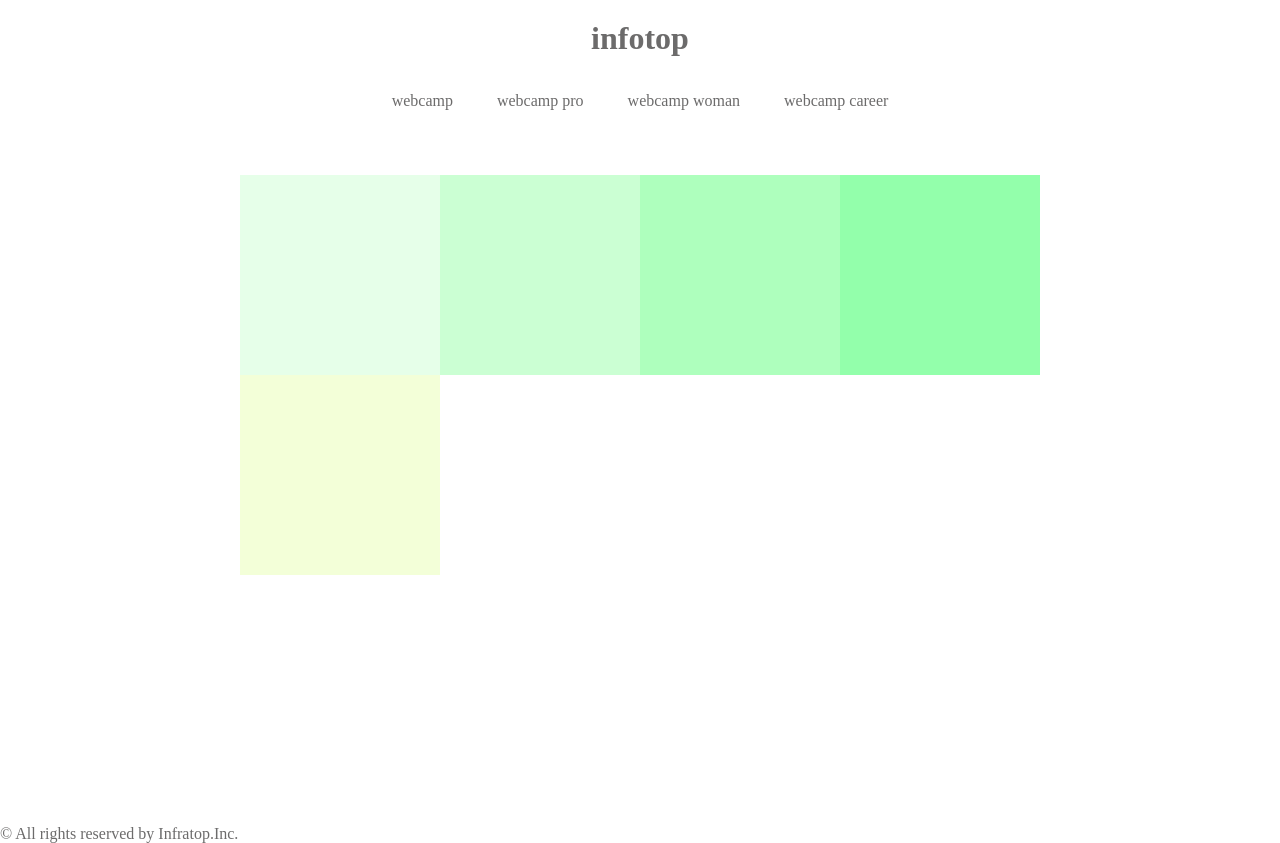
Repository: decknoboh/exercise1-8
Page: exercise1-5/index.html
The author's editor kept a record of every edit. The page is drawn from the files as they stood at one moment, then again after the next edit.
The browser window is 1280 px wide. The pictures show the whole page.

Above is the page before.

After the next edit:
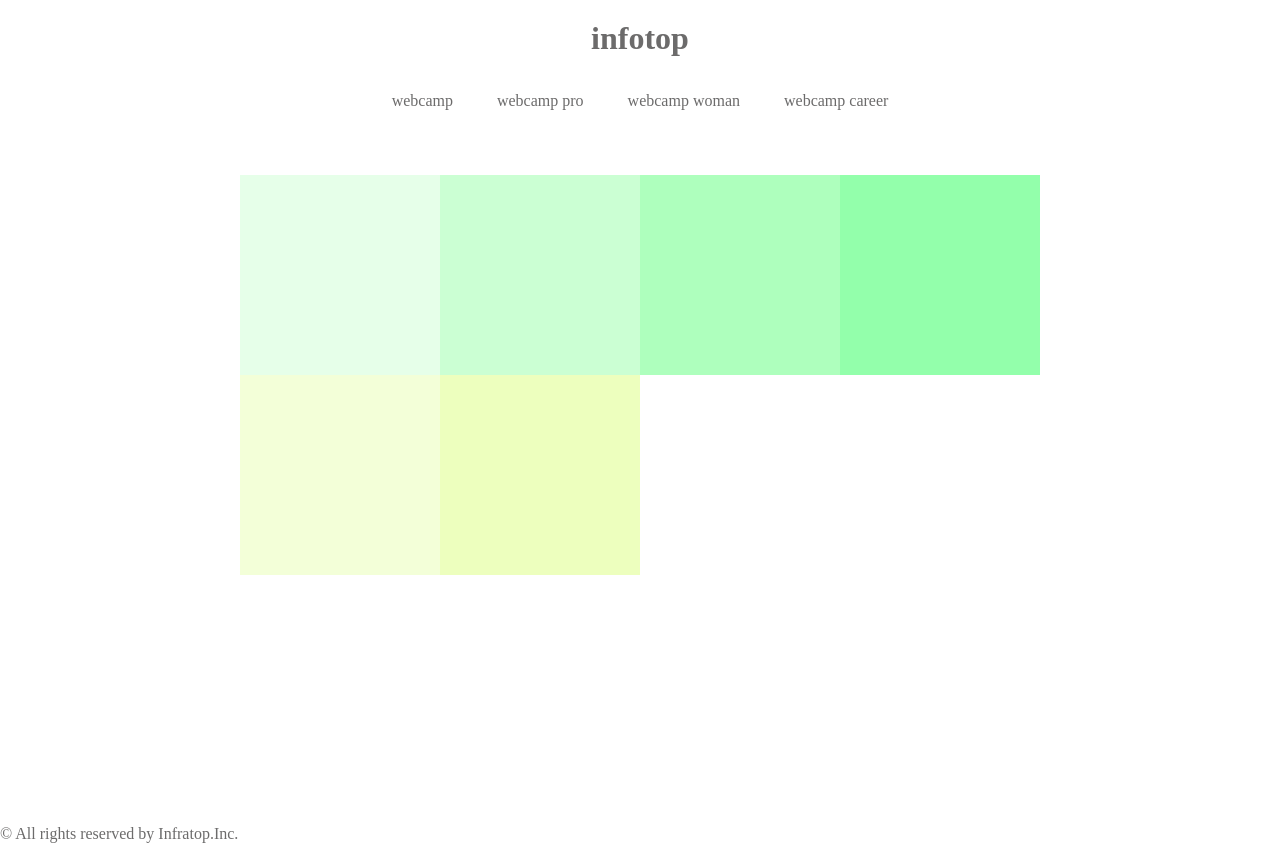
The edit:
--- a/exercise1-5/style.css
+++ b/exercise1-5/style.css
@@ -67,7 +67,7 @@
 .box6{
   width: 200px;
   height: 200px;
-  background-color:
+  background-color: #edffbe;
 }
 
 .box7{
